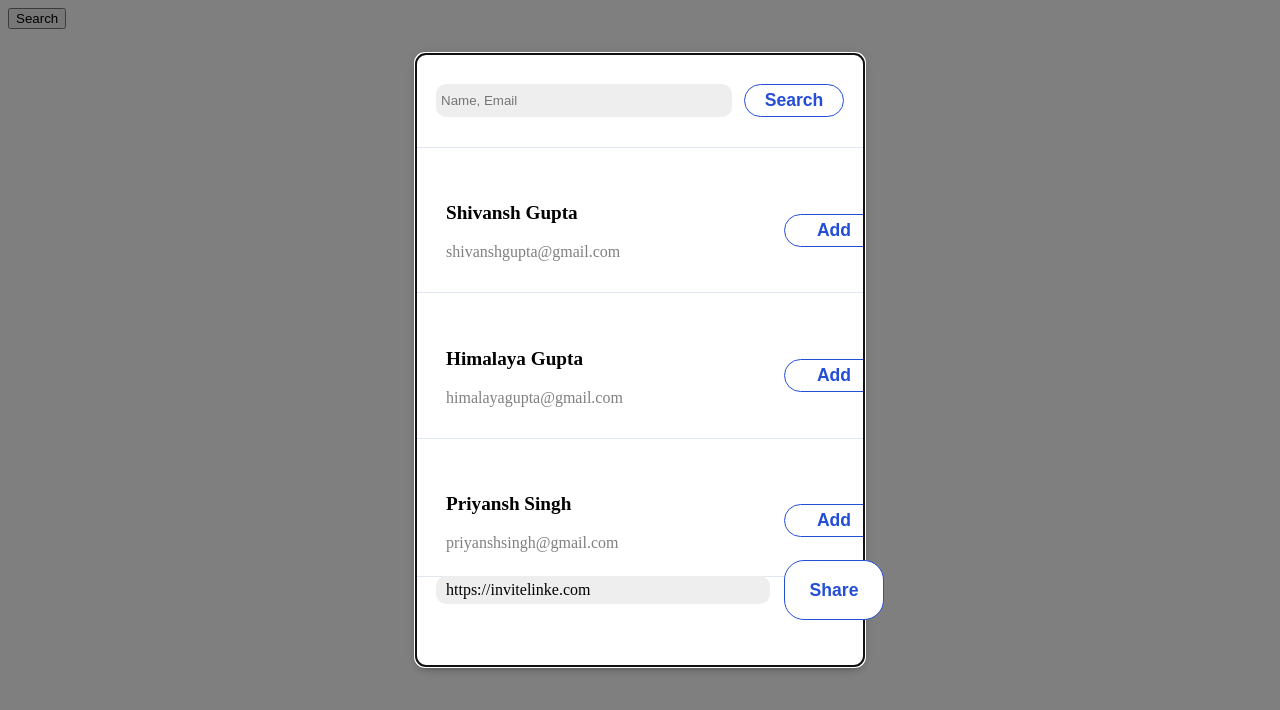
Repository: shiv0403/event-planner
Page: /, after clicking the first element matching `button`
The author's editor kept a copy of each file at every save. The page is drawn from the files as they stood at one save, then again after the next save.
The browser window is 1280 px wide. The pictures show the whole page.
An inner scrolling area shows only its first screen. The project was rebuilt for these pictures with package versions that can differ from the ones it lists, and the page was loaded fresh each time.

Above is the page before, as saved 2021-07-27 12:51:03.

### src/App.js
import React from "react";
import Modal from "./Components/SearchModal/SearchModal";

function App() {
  return (
    <div className="App">
      <Modal />
    </div>
  );
}

export default App;

### src/Components/SearchModal/SearchModal.js
import React, { useState } from "react";
import { makeStyles } from "@material-ui/core/styles";
import Modal from "@material-ui/core/Modal";
import Backdrop from "@material-ui/core/Backdrop";
import Fade from "@material-ui/core/Fade";
import SearchPerson from "./SearchPerson";

import "./SearchModal.css";

const useStyles = makeStyles((theme) => ({
  modal: {
    display: "flex",
    alignItems: "center",
    justifyContent: "center",
  },
  paper: {
    backgroundColor: theme.palette.background.paper,
    boxShadow: theme.shadows[5],
    // padding: theme.spacing(2, 4, 3),
    width: "35%",
    borderRadius: "10px",
    height: "85%",
  },
}));

export default function TransitionsModal() {
  const classes = useStyles();
  const [open, setOpen] = useState(false);
  const [data, setData] = useState([
    {
      name: "Shivansh Gupta",
      email: "shivanshgupta@gmail.com",
    },
    {
      name: "Himalaya Gupta",
      email: "himalayagupta@gmail.com",
    },
    {
      name: "Priyansh Singh",
      email: "priyanshsingh@gmail.com",
    },
    {
      name: "asdlkfj lskdjf",
      email: "sadlkfj@lskdf.com",
    },

    {
      name: "asdlkfj lskdjf",
      email: "sadlkfj@lskdf.com",
    },
    {
      name: "asdlkfj lskdjf",
      email: "sadlkfj@lskdf.com",
    },
    {
      name: "asdlkfj lskdjf",
      email: "sadlkfj@lskdf.com",
    },
    {
      name: "asdlkfj lskdjf",
      email: "sadlkfj@lskdf.com",
    },
    {
      name: "asdlkfj lskdjf",
      email: "sadlkfj@lskdf.com",
    },
  ]);

  const handleOpen = () => {
    setOpen(true);
  };

  const handleClose = () => {
    setOpen(false);
  };

  return (
    <div>
      <button type="button" onClick={handleOpen}>
        Search
      </button>
      <Modal
        aria-labelledby="transition-modal-title"
        aria-describedby="transition-modal-description"
        className={classes.modal}
        open={open}
        onClose={handleClose}
        closeAfterTransition
        BackdropComponent={Backdrop}
        BackdropProps={{
          timeout: 500,
        }}
      >
        <Fade in={open}>
          <div className={classes.paper}>
            <div className="search__header">
              <input type="text" placeholder="Name, Email" />
              <button type="submit"> Search</button>
            </div>
            <div className="search__body">
              {data.map((person) => (
                <SearchPerson name={person.name} email={person.email} />
              ))}
            </div>
            <div className="search__footer">
              <p>https://invitelinke.com</p>
              <button type="submit">Share</button>
            </div>
          </div>
        </Fade>
      </Modal>
    </div>
  );
}

### src/Components/SearchModal/SearchPerson.js
import React from "react";
import "./SearchPerson.css";

function SearchPerson({ name, email }) {
  return (
    <div className="search__person">
      <div className="sp__details">
        <h3>{name}</h3>
        <p>{email}</p>
      </div>

      <div className="sp__add">
        <button type="submit">Add</button>
      </div>
    </div>
  );
}

export default SearchPerson;

### src/Components/SearchModal/SearchModal.css
.search__header {
  display: flex;
  justify-content: space-between;
  /* margin-bottom: 40px; */
  /* margin-top: 20px; */
  padding: 30px 20px;
  border-bottom: 1px solid #e2e8f0;
  /* background-color: red; */
}

.search__header > input {
  border-radius: 10px;
  width: 70%;
  padding: 5px;
  margin-right: 10px;
  background-color: #eee;
  outline: none;
  border: 0px;
}

.search__header > button {
  padding: 5px 3px;
  width: 100px;
  border: 1px #244ed8 solid;
  font-size: 1.1rem;
  border-radius: 20px;
  background-color: #fff;
  font-weight: 800;
  color: #244ed8;
}

.search__body {
  overflow-y: auto;
  height: 70%;
  border-bottom: 1px solid #e2e8f0;
}

.search__body::-webkit-scrollbar {
  display: none;
}

.search__footer {
  display: flex;
  justify-content: space-between;
  margin-top: 40px;
  padding: 20px;
  position: absolute;
  bottom: 80px;
  width: 35%;
  /* border-top: 1px solid #e2e8f0; */
}

.search__footer > p {
  background-color: #eee;
  padding: 5px 10px;
  width: 70%;
  border-radius: 10px;
  margin-right: 10px;
}

.search__footer > button {
  padding: 5px 3px;
  width: 100px;
  border: 1px #244ed8 solid;
  font-size: 1.1rem;
  border-radius: 20px;
  background-color: #fff;
  font-weight: 800;
  color: #244ed8;
}

.search__footer > button:hover {
  background-color: RGBA(36, 78, 216, 0.1);
  box-shadow: inset 0 0 0 1.5px #244ed8;
  transition: all 0.3s;
}

### src/Components/SearchModal/SearchPerson.css
.search__person {
  display: flex;
  justify-content: space-between;
  align-items: center;
  padding: 5px 20px;
  width: 100%;
  margin: 20px auto;
}

.search__person:not(:last-child) {
  border-bottom: 1px #e2e8f0 solid;
}

.sp__details {
  /* background-color: #eee; */
  border-radius: 10px;
  width: 95%;
  padding: 10px;
  margin-right: 10px;
}

.sp__details > h3 {
  font-size: 1.2rem;
  font-weight: 800;
}

.sp__details > p {
  font-size: 1rem;
  margin-top: 5px;
  color: gray;
}

.sp__add > button {
  padding: 5px 3px;
  width: 100px;
  border: 1px #244ed8 solid;
  font-size: 1.1rem;
  border-radius: 20px;
  background-color: #fff;
  font-weight: 800;
  color: #244ed8;
}

.sp__add > button:hover {
  background-color: RGBA(36, 78, 216, 0.1);
  box-shadow: inset 0 0 0 1.5px #244ed8;
  transition: all 0.3s;
}

/*
#f7fafc
#2563eb
#414a59
#244ed8 */

Loaded but not shown: public/index.html (common file); src/index.js (common file)

After the next save:
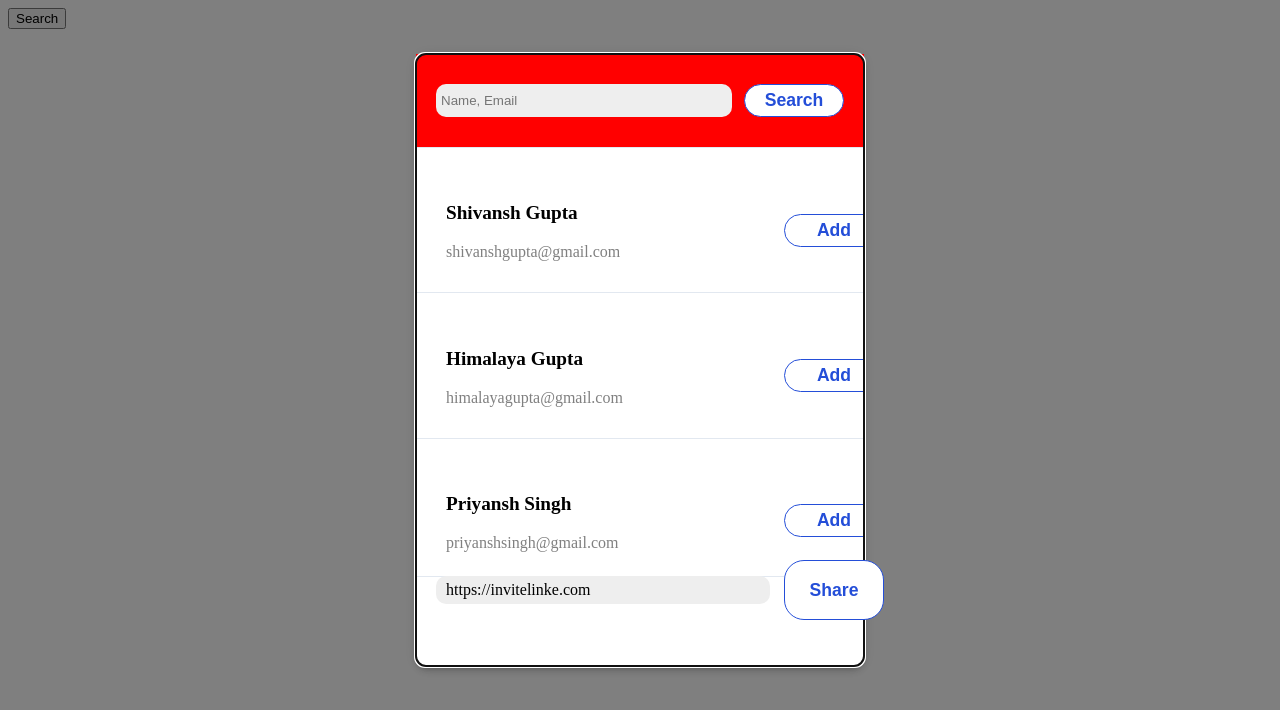
Saved 25 s later.
--- a/src/Components/SearchModal/SearchModal.css
+++ b/src/Components/SearchModal/SearchModal.css
@@ -5,7 +5,7 @@
   /* margin-top: 20px; */
   padding: 30px 20px;
   border-bottom: 1px solid #e2e8f0;
-  /* background-color: red; */
+  background-color: red;
 }
 
 .search__header > input {

After the save that followed:
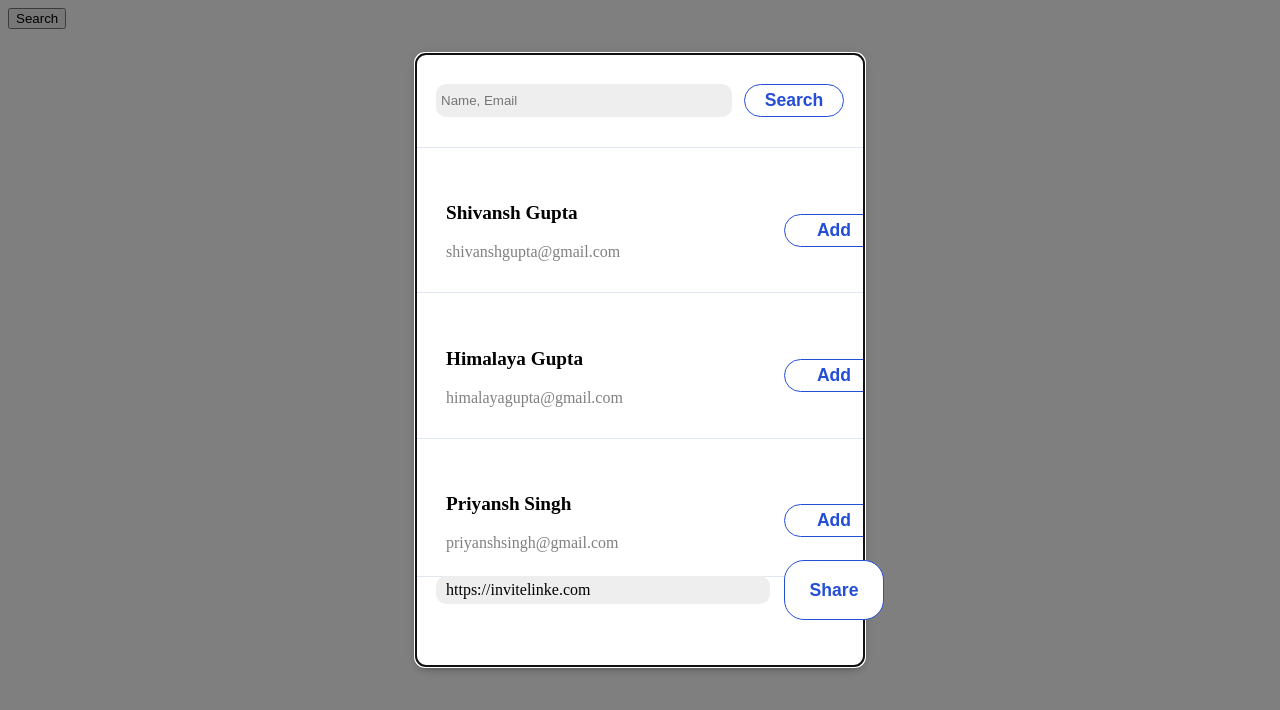
Saved 6 s later.
--- a/src/Components/SearchModal/SearchModal.css
+++ b/src/Components/SearchModal/SearchModal.css
@@ -1,11 +1,8 @@
 .search__header {
   display: flex;
   justify-content: space-between;
-  /* margin-bottom: 40px; */
-  /* margin-top: 20px; */
   padding: 30px 20px;
-  border-bottom: 1px solid #e2e8f0;
-  background-color: red;
+  border-bottom: 1px solid #e2e8f0; */
 }
 
 .search__header > input {
